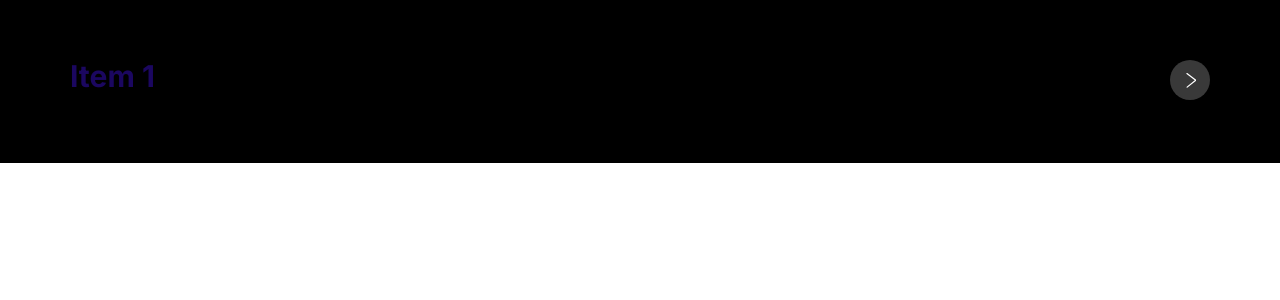
Repository: LeonUIO/first_website
Page: index.html
These files come from the project's save history. The page is drawn as it stood at one moment and after the next save; the edit follows.
The browser window is 1280 px wide. The pictures show the whole page.

Above is the page before, as saved 2021-04-13 11:35:22.

### index.html
<!DOCTYPE html>
<html lang="en">
  <head>
    <meta charset="UTF-8" />
    <meta
      name="viewport"
      content="width=device-width, user-scalable=no, initial-scale=1.0, maximum-scale=1.0, minimum-scale=1.0"
    />
    <meta http-equiv="X-UA-Compatible" content="ie=edge" />
    <title>Document</title>
    <link rel="preconnect" href="https://fonts.gstatic.com" />
    <link
      href="https://fonts.googleapis.com/css2?family=Inter:wght@400;600;700&display=swap"
      rel="stylesheet"
    />
    <link rel="stylesheet" href="css/normalize.css" />
    <link rel="stylesheet" href="css/styles.css" />
  </head>
  <body>
    <footer class="block block--dark footer">
      <div class="container grid">
        <div class="collapsible collapisble--expanded">
          <div class="collapsible__header">
            <h2 class="collapsible__heading">Item 1</h2>
            <svg class="icon icon--white collapsible--chevron">
              <use xlink:href="images/sprite.svg#chevron"></use>
            </svg>
          </div>
          <div class="collapsible__content">
            Lorem ipsum dolor sit amet consectetur, adipisicing elit. Incidunt,
            quae.
          </div>
        </div>
      </div>
    </footer>
    <script src="js/main.js"></script>
  </body>
</html>

### css/styles.css
:root {
  --color-primary: #2584ff;
  --color-secondary: #00d9ff;
  --color-accent: #ff3400;
  --color-headings: #1b0760;
  --color-body: #918ca4;
  --color-body-darker: #5c5577;
  --color-border: #ccc;
  --border-radius: 30px;
}

*,
*::after,
*::before {
  box-sizing: border-box;
}

/* Typography */
html {
  font-size: 62.5%;
}

body {
  font-family: Inter, arial, helvetica, sans-serif;
  color: var(--color-body);
  font-size: 2.4rem;
  line-height: 1.5;
}

h1,
h2,
h3 {
  color: var(--color-headings);
  margin-bottom: 1rem;
  line-height: 1.1;
}

h1 {
  font-size: 7rem;
}

h2 {
  font-size: 4rem;
}

h3 {
  font-size: 3rem;
}

@media screen and (min-width: 1024px) {
  body {
    font-size: 1.8rem;
  }

  h1 {
    font-size: 8rem;
  }

  h2 {
    font-size: 4rem;
  }

  h3 {
    font-size: 2.4rem;
  }
}

/* Links */
a {
  text-decoration: none;
}

.link-arrow {
  color: var(--color-accent);
  font-size: 2rem;
  font-weight: bold;
}

.link-arrow::after {
  content: "-->";
  margin-left: 5px;
  transition: margin-left 0.15s;
}

.link-arrow:hover::after {
  margin-left: 10px;
}

@media screen and (min-width: 1024px) {
  .link-arrow {
    font: size 1.5em;
  }
}

/* Badges */
.badge {
  white-space: nowrap;
  padding: 0.5rem 2rem;
  font-weight: 600;
  border-radius: 20px;
  font-size: 2rem;
}

.badge--primary {
  background: var(--color-primary);
  color: #fff;
}

.badge--secondary {
  background: var(--color-secondary);
  color: #fff;
}

.badge--small {
  font-size: 1.6rem;
}

@media screen and (min-width: 1024px) {
  .badge {
    font-size: 1.5rem;
  }

  .badge--small {
    font-size: 1.2rem;
  }
}

/* Lists */
.list {
  list-style: none;
  color: var(--color-headings);
  padding-left: 0;
}

.list--inline .list__item {
  display: inline-block;
  margin-right: 2rem;
}

.list--tick {
  list-style-image: url(../images/tick.svg);
  padding-left: 3rem;
}

.list--tick .list__item {
  margin-bottom: 1rem;
  padding-left: 0.5rem;
}

@media screen and (min-width: 1024px) {
  .list--tick .list__item {
    padding-left: 0;
  }
}

/* Icons */
.icon {
  width: 40px;
  height: 40px;
}

.icon--small {
  width: 30px;
  height: 30px;
}

.icon--primary {
  fill: var(--color-primary);
}

.icon--white {
  fill: #fff;
}

.icon-container {
  width: 64px;
  height: 64px;
  border-radius: 100%;
  background: #f3f9fa;
  display: inline-flex;
  justify-content: center;
  align-items: center;
}

.icon-container--accent {
  background: var(--color-accent);
}

/* Buttons */
.btn {
  border-radius: 40px;
  border: 0;
  cursor: pointer;
  font-size: 1.8rem;
  font-weight: 600;
  margin: 1rem 0;
  outline: 0;
  padding: 2rem 3rem;
  text-transform: uppercase;
  text-align: center;
  white-space: nowrap;
}

.btn .icon {
  width: 2rem;
  height: 2rem;
  margin-right: 1rem;
  vertical-align: middle;
}

.btn--primary {
  background: var(--color-primary);
  color: #fff;
}

.btn--primary:hover {
  background: #3a8ffd;
}

.btn--secondary {
  background: var(--color-secondary);
  color: #fff;
}

.btn--secondary:hover {
  background: #00c8eb;
}

.btn--accent {
  background: var(--color-accent);
  color: #fff;
}

.btn--accent:hover {
  background: #ec3000;
}

.btn--stretched {
  padding-left: 6rem;
  padding-right: 6rem;
}

.btn--block {
  width: 100%;
  display: inline-block;
}

.btn--outline {
  background: #fff;
  color: var(--color-headings);
  border: 2px solid var(--color-headings);
}

.btn--outline:hover {
  background: var(--color-headings);
  color: #fff;
}

@media screen and (min-width: 1024px) {
  .btn {
    font-size: 1.5rem;
  }
}

/* Inputs */
.input {
  border-radius: var(--border-radius);
  border: 1px solid var(--color-border);
  color: var(--color-headings);
  font-size: 2rem;
  outline: 0;
  padding: 1.5rem 3.5rem;
}

::placeholder {
  color: #cdcbd7;
}

.input-group {
  border-radius: var(--border-radius);
  border: 2px solid var(--color-border);
  display: flex;
}

.input-group .input {
  border: 0;
  flex-grow: 1;
  padding: 1.5rem 2rem;
}

.input-group .btn {
  margin: 4px;
}

@media screen and (min-width: 1024px) {
  .input {
    font-size: 1.5rem;
  }
}

/* Cards */
.card {
  border-radius: 7px;
  box-shadow: 0 0 20px 10px #f3f3f3;
  overflow: hidden;
}

.card__header,
.card__body {
  padding: 2rem 3rem;
}

.card--primary .card__header {
  background: var(--color-primary);
  color: #fff;
}

.card--secondary .card__header {
  background: var(--color-secondary);
  color: #fff;
}

.card--primary .badge--primary {
  background: #126de4;
}

.card--secondary .badge--secondary {
  background: #02cdf1;
}

/* Plans */
.plan {
  transition: transform 0.2s ease-out;
}

.plan__name {
  color: #fff;
  margin: 0;
  font-weight: 500;
  font-size: 2.4rem;
}

.plan__price {
  font-size: 6rem;
}

.plan__billing-cycle {
  font-size: 2.4rem;
  font-weight: 300;
  opacity: 0.8;
  margin-right: 1rem;
}

.plan__description {
  font-size: 2rem;
  font-weight: 300;
  letter-spacing: 1px;
  display: block;
}

.plan .list__item {
  margin-bottom: 2rem;
}

.plan--popular {
  transform: scale(1.1);
}

.plan--popular .card__header {
  position: relative;
}

.plan--popular .card__header::before {
  content: url(../images/popular.svg);
  width: 40px;
  display: inline-block;
  position: absolute;
  top: -6px;
  right: 5%;
}

.plan:hover {
  transform: scale(1.05);
}

.plan--popular:hover {
  transform: scale(1.15);
}

@media screen and (min-width: 1024px) {
  .plan__name {
    font-size: 1.4rem;
  }

  .plan__price {
    font-size: 5rem;
  }

  .plan__billing-cycle {
    font-size: 1.6rem;
  }

  .plan__description {
    font-size: 1.7rem;
  }
}

/* Media */
.media {
  display: flex;
}

.media__title {
  margin-top: 0;
}

.media__body {
  margin: 0 2rem;
}

.media__image {
  margin-top: 1rem;
}

/* Quotes */
.quote {
  font-size: 3rem;
  color: var(--color-body-darker);
  font-style: italic;
  line-height: 1.3;
}

.quote__text::before {
  content: open-quote;
}

.quote__text::after {
  content: close-quote;
}

.quote__footer {
  font-style: normal;
}

.quote--line {
  position: relative;
  bottom: 10px;
}

.quote__author {
  font-size: 3rem;
  font-weight: 500;
  margin-bottom: 0;
}

.quote__company {
  color: var(--color-headings);
  margin-top: 0;
  font-size: 2rem;
  opacity: 0.4;
}

@media screen and (min-width: 1024px) {
  .quote {
    font-size: 2rem;
  }

  .quote__author {
    font-size: 2.4rem;
  }

  .quote__company {
    font-size: 1.6rem;
  }
}

/* Grids */
.grid {
  display: grid;
}

@media screen and (min-width: 768px) {
  .grid--cols-2 {
    grid-template-columns: repeat(2, 1fr);
  }
}
@media screen and (min-width: 1024px) {
  .grid--cols-3 {
    grid-template-columns: repeat(3, 1fr);
  }
}

/* Testimonial */
.testimonial {
  padding: 3rem;
}

.testimonial__image > img {
  width: 100%;
}

.testimonial__image {
  position: relative;
}

.testimonial__image > .icon-container {
  position: absolute;
  top: 3rem;
  right: -32px;
}

@media screen and (min-width: 768px) {
  .testimonial .quote,
  .testimonial .quote__author {
    font-size: 2.4rem;
  }

  .testimonial .quote {
    margin-left: 6rem;
  }
}

@media screen and (max-width: 768px) {
  .testimonial .icon-container {
    width: 60px;
    height: 60px;
  }
  .testimonial__image > .icon-container {
    position: absolute;
    top: 3rem;
    right: -30px;
  }
}

/* Callouts */
.callout {
  border-radius: 5px;
  padding: 4rem;
}

.callout--primary {
  background: var(--color-primary);
  color: #fff;
}

.callout__heading {
  margin-top: 0;
  font-size: 3rem;
  color: #fff;
}

.callout__content {
  text-align: center;
}

.callout .btn {
  justify-self: center;
  align-self: center;
}

@media (min-width: 768px) {
  .callout .grid--cols-2 {
    grid-template-columns: 1fr auto;
  }

  .callout__content {
    text-align: left;
  }

  .callout .btn {
    justify-self: start;
    margin: 0 2rem;
  }
}

/* Collapsibles */
.collapsible__header {
  display: flex;
  justify-content: space-between;
}

.collapsible__heading {
  margin-top: 0;
  font-size: 3rem;
}

.collapsible--chevron {
  transform: rotate(-90deg);
}

.collapsible__content {
  max-height: 0;
  overflow: hidden;
  opacity: 0;
  transition: all 0.3s;
}

.collapsible--expanded .collapsible--chevron {
  transform: rotate(0);
}

.collapsible--expanded .collapsible__content {
  max-height: 100vh;
  opacity: 1;
}

/* Blocks */
.block {
  --padding-vertical: 6rem;
  padding: var(--padding-vertical) 2rem;
}

.block__header {
  text-align: center;
  margin-bottom: 4rem;
}

.block__heading {
  margin-top: 0;
}

.block--dark {
  background: #000;
  color: #7b858b;
}

.block--dark .block__heading {
  color: #fff;
}

.block--skewed-right {
  padding-bottom: calc(var(--padding-vertical) + 4rem);
  clip-path: polygon(0% 0%, 100% 0%, 100% 100%, 0% 80%);
}

.block--skewed-left {
  padding-bottom: calc(var(--padding-vertical) + 4rem);
  clip-path: polygon(0% 0%, 100% 0%, 100% 80%, 0% 100%);
}

.container {
  max-width: 1140px;
  margin: 0 auto;
}

/* Navigation Bar */
.nav {
  background: #000;
  display: flex;
  justify-content: space-between;
  flex-wrap: wrap;
  padding: 0 1rem;
  align-items: center;
}

.nav__list {
  width: 100%;
  margin: 0;
}

.nav__item {
  border-bottom: 1px solid #222;
  padding: 0.5rem 2rem;
}

.nav__item > a {
  color: #d2d0db;
  transition: color 0.3s;
}

.nav__item > a:hover {
  color: #fff;
}

.nav__toggler {
  opacity: 0.5;
  transition: box-shadow 0.15s;
  cursor: pointer;
}

.nav.collapsible--expanded .nav__toggler {
  opacity: 1;
  box-shadow: 0 0 0 3px #666;
  border-radius: 5px;
}

.nav__brand {
  transform: translateY(5px);
}

@media screen and (min-width: 768px) {
  .nav__toggler {
    display: none;
  }

  .nav__list {
    width: auto;
    display: flex;
    font-size: 1.6rem;
    max-height: 100%;
    opacity: 1;
  }

  .nav__item {
    border: 0;
  }
}

/* Hero */
.hero {
  clip-path: polygon(0% 0%, 100% 0%, 100% 90%, 0% 100%);
}

.hero__tagline {
  font-size: 2rem;
  color: #b9c3cf;
  letter-spacing: 1px;
  margin: 2rem 0 5rem;
}

.hero__image {
  width: 100%;
}

@media screen and (min-width: 768px) {
  .hero {
    padding-top: 0;
  }

  .hero__content {
    text-align: left;
    align-self: center;
  }
}

/* Domain Block */
.block-domain .input-group {
  box-shadow: 0 0 30px 20px #e6ebee;
  border: 0;
  margin: 4rem auto;
  max-width: 670px;
}

.block-domain__prices {
  display: grid;
  grid-template-columns: repeat(3, 1fr);
  grid-template-rows: repeat(2, 6rem);
  font-size: 2rem;
  font-weight: 600;
  justify-items: center;
  max-width: 700px;
  margin: 0 auto;
}

@media screen and (min-width: 768px) {
  .block-domain__prices {
    grid-template-columns: repeat(auto-fit, minmax(10rem, 1fr));
  }
}
/* Plan Block */
.block-plan .grid {
  gap: 8rem 4rem;
}

.block-plan .card {
  max-width: 500px;
  margin: 0 auto;
}

/* Features */
.feature {
  gap: 2rem 4rem;
  margin: 12rem 0;
}

.feature:first-of-type {
  margin: 6rem 0;
}

.feature__heading {
  margin: 1rem 0;
}

.feature__image {
  width: 100%;
}

@media screen and (min-width: 768px) {
  .feature:nth-of-type(even) .feature__content {
    order: 2;
  }
}

/* Showcase Block */
.block-showcase__image > img {
  width: 100%;
}

@media screen and (min-width: 768px) {
  .block-showcase .grid {
    grid-template-columns: 50% 50%;
  }

  .block-showcase__image {
    justify-self: end;
  }

  .block-showcase__image > img {
    width: auto;
    max-width: 700px;
  }
}

/* Footer */
.footer {
  background:}

Loaded but not shown: css/normalize.css (library); js/main.js (common file)

After the next save:
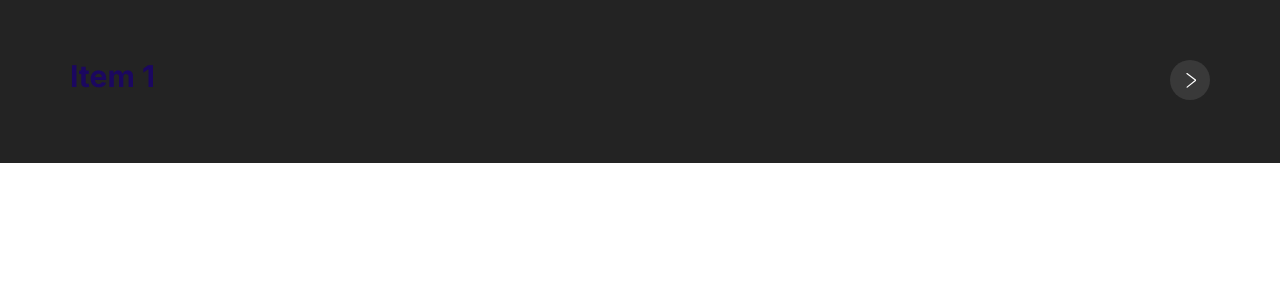
Saved 4 s later.
--- a/css/styles.css
+++ b/css/styles.css
@@ -813,4 +813,5 @@ a {
 
 /* Footer */
 .footer {
-  background:}
+  background: #232323;
+}
